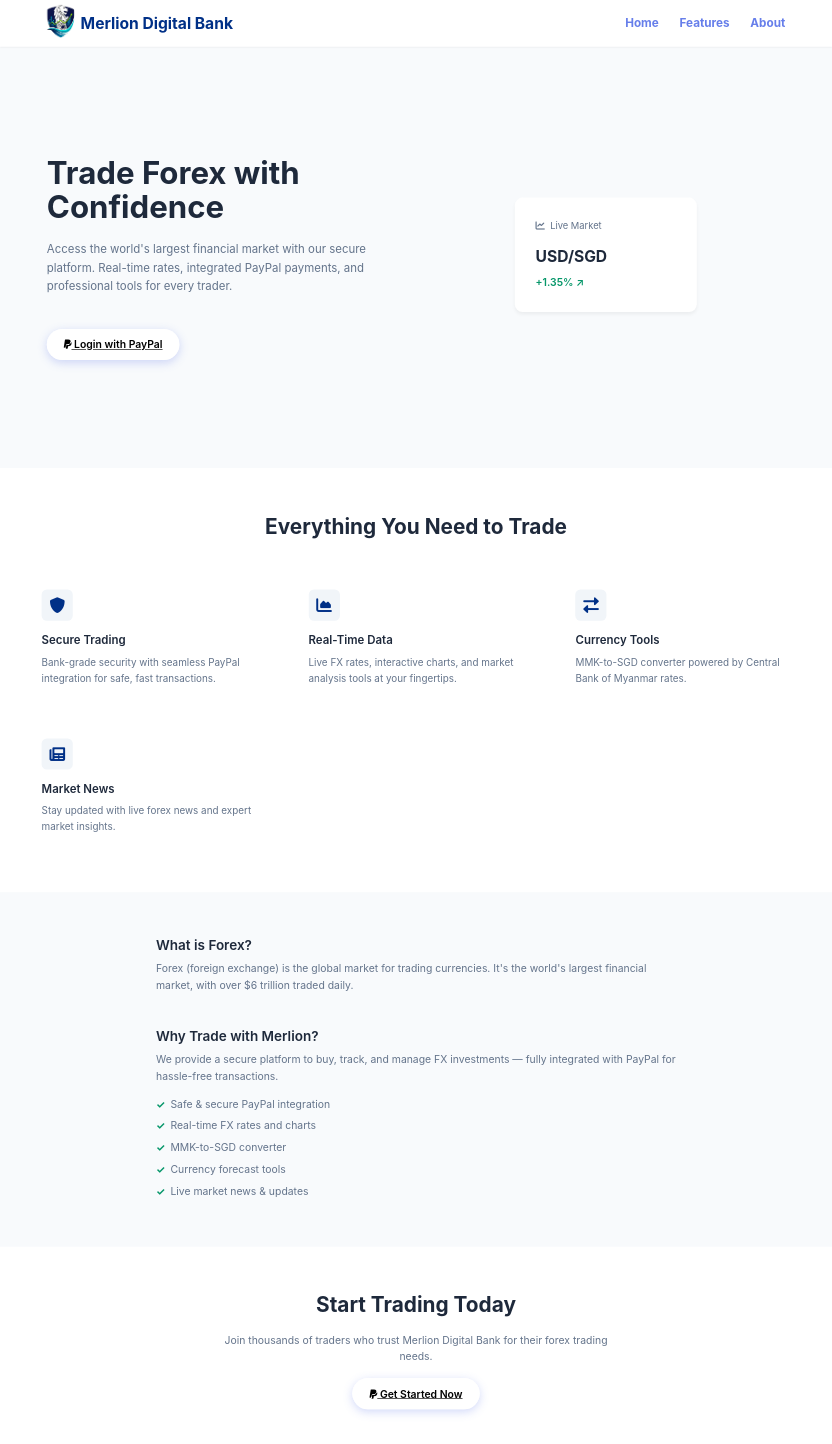
Repository: MayThetNaingBo/MerlionFX-app
Page: http://localhost/
The author's editor kept a copy of each file at every save. The page is drawn from the files as they stood at one save, then again after a run of saves.
The browser window is 1280 px wide. The pictures show the whole page, at 65% of full size.
The page is served by the project's application, run on Flask 3 (app.py).

Above is the page before, as saved 2025-08-07 23:54:49.

After the next 2 saves:
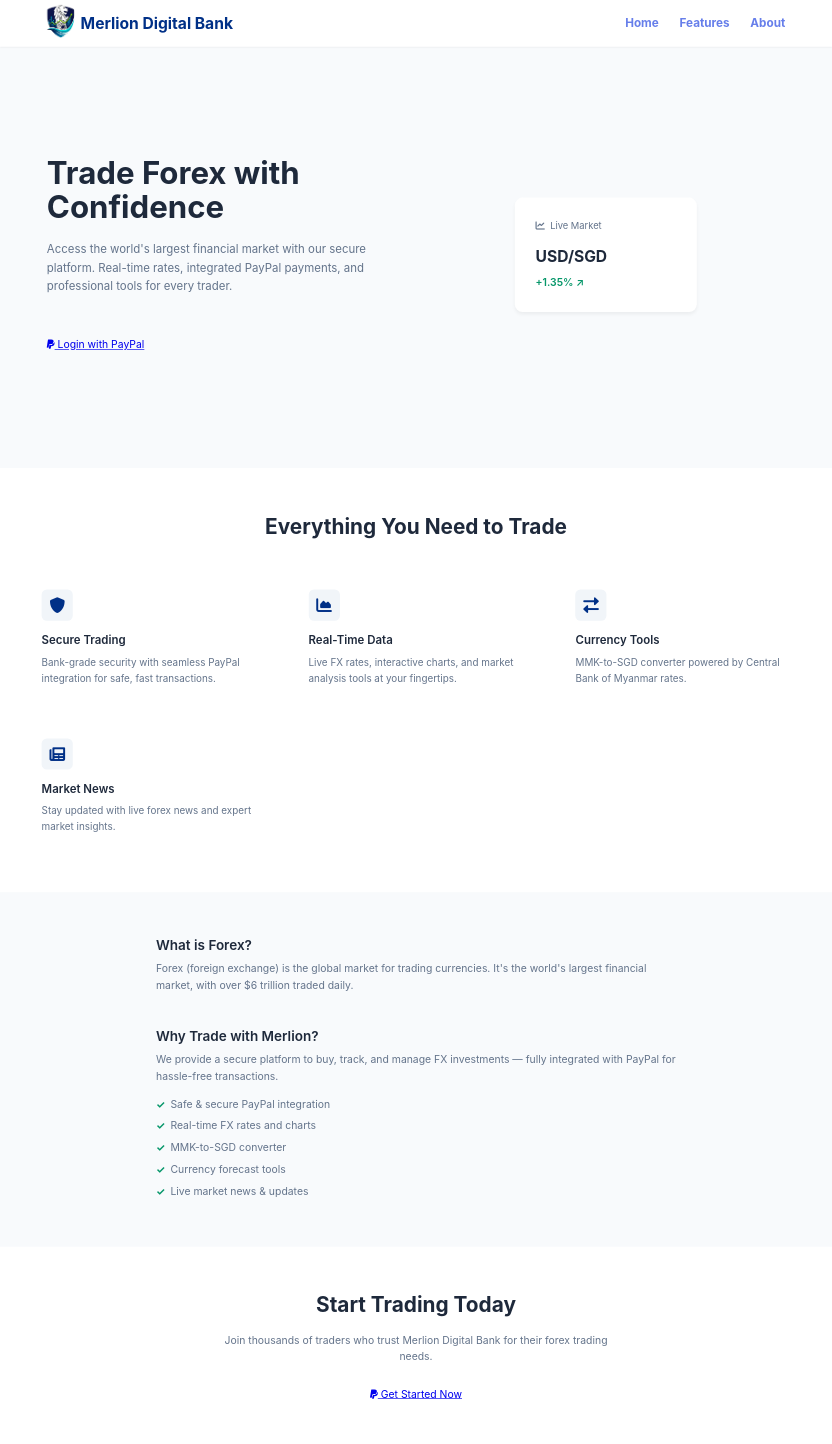
The 2 saves are shown as one change because they came seconds apart.
The last was saved 58 s later.
--- a/templates/index.html
+++ b/templates/index.html
@@ -108,38 +108,7 @@
             margin-bottom: 4rem;
         }
 
-        .cta-button {
-            /* display: inline-flex;
-            align-items: center;
-            gap: 0.5rem;
-            background: #003087;
-            color: white;
-            padding: 0.75rem 1.5rem;
-            border: none;
-            border-radius: 8px;
-            font-weight: 600;
-            text-decoration: none;
-            transition: all 0.2s; */
-            font-size: 16px;
-      padding: 14px 26px;
-      background: white;
-      border: none;
-      border-radius: 50px;
-      cursor: pointer;
-      color: black;
-      font-weight: 600;
-      transition: all 0.3s ease;
-      box-shadow: 0 4px 15px rgba(102, 126, 234, 0.3);
-      position: relative;
-      overflow: hidden;
-        }
-
-        .cta-button:hover {
-            background: linear-gradient(135deg, #667eea 0%, #764ba2 100%);
-      color: white;
-      transform: translateY(-2px);
-      box-shadow: 0 8px 25px rgba(102, 126, 234, 0.5);
-        }
+        /*  */
 
         .hero-visual {
             display: flex;
